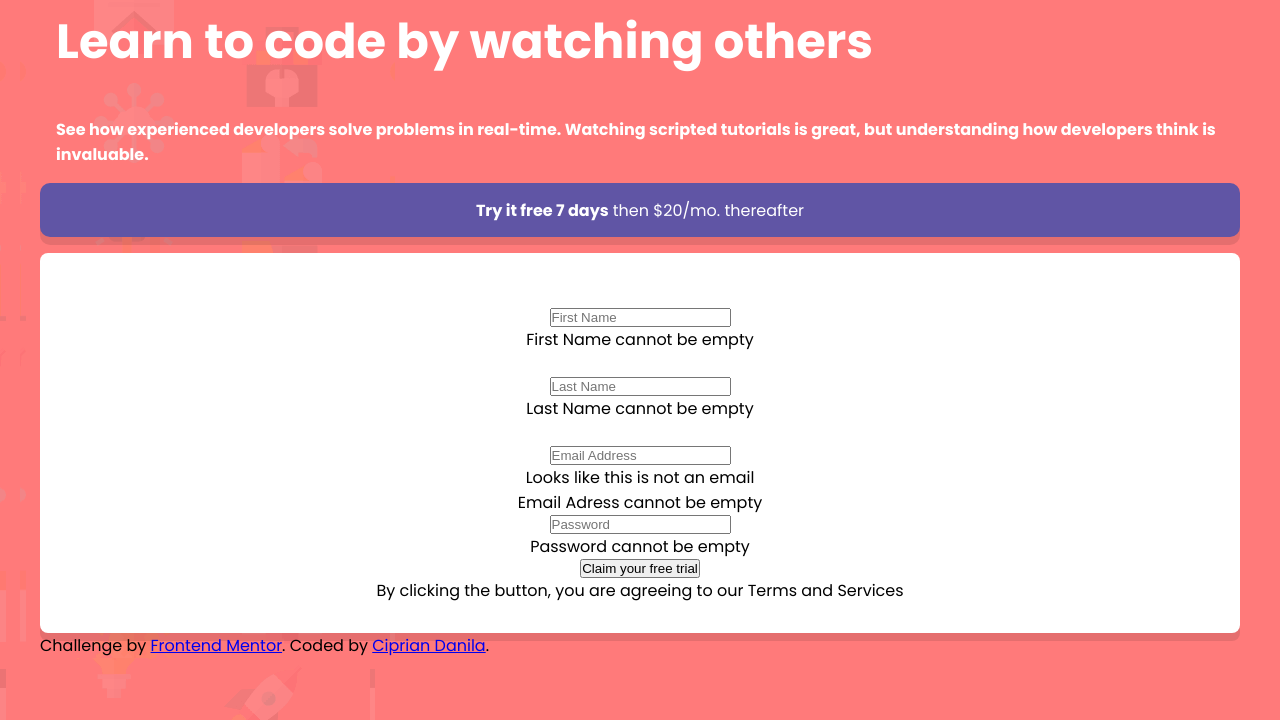
Repository: cipdanila/intro-component-with-sign-up-form
Page: index.html
The author's editor kept a copy of each file at every save. The page is drawn from the files as they stood at one save, then again after the next save.
The browser window is 1280 px wide. The pictures show the whole page.

Above is the page before, as saved 2024-02-14 19:01:29.

### index.html
<!DOCTYPE html>
<html lang="en">
    <head>
        <meta charset="UTF-8" />
        <meta name="viewport" content="width=device-width, initial-scale=1.0" />
        <!-- displays site properly based on user's device -->

        <link rel="icon" type="image/png" sizes="32x32" href="./images/favicon-32x32.png" />
        <link rel="stylesheet" href="css/styles.css" />
        <title>Frontend Mentor | Intro component with sign up form</title>
    </head>
    <body>
        <main>
            <div class="container">
                <section class="container-info">
                    <h1 class="learn-title">Learn to code by watching others</h1>
                    <p class="intro">
                        See how experienced developers solve problems in real-time. Watching scripted tutorials is great, but
                        understanding how developers think is invaluable.
                    </p>
                </section>
                <section class="container-form">
                    <h2 class="price-title"><span>Try it free 7 days</span> then $20/mo. thereafter</h2>
                    <div class="form">
                        <form action="" class="register-form">
                            <label for="fname"> </label><br />
                            <input type="text" name="fname" id="fname" class="input-field" placeholder="First Name" required />
                            <span class="error-message" id="fname-error">First Name cannot be empty</span>
                            <label for="lname"> </label><br />
                            <input type="text" name="lname" id="lname" placeholder="Last Name" required />
                            <span class="error-message" id="lname-error">Last Name cannot be empty</span>
                            <label for="email"> </label><br />
                            <input type="email" name="email" id="email" placeholder="Email Address" required />
                            <span class="error-message" id="email-error">Looks like this is not an email</span>
                            <span class="error-message" id="email-error2">Email Adress cannot be empty</span>
                            <label for="password"></label>
                            <input type="password" name="password" id="password" placeholder="Password" required />
                            <span class="error-message" id="password-error">Password cannot be empty</span>
                            <button type="submit" id="login-button">Claim your free trial</button>
                            <p>By clicking the button, you are agreeing to our <span class="terms">Terms and Services</span></p>
                        </form>
                    </div>
                </section>
            </div>
        </main>

        <footer>
            <div class="attribution">
                Challenge by
                <a
                    href="https://www.frontendmentor.io/challenges/intro-component-with-signup-form-5cf91bd49edda32581d28fd1/hub"
                    target="_blank"
                    rel="noopener noreferer"
                    >Frontend Mentor</a
                >. Coded by <a href="https://github.com/cipdanila" target="_blank" rel="noopener noreferer">Ciprian Danila</a>.
            </div>
        </footer>
    </body>
</html>

### css/styles.css
@import url("https://fonts.googleapis.com/css2?family=Poppins:wght@400;500;600;700&display=swap");

:root {
    /* Colors */
    /* Primary */
    --red: hsl(0, 100%, 74%);
    --green: hsl(154, 59%, 51%);
    /* Accent */
    --blue: hsl(248, 32%, 49%);
    /* Neutral */
    --dark-blue: hsl(249, 10%, 26%);
    --grayish-blue: hsl(246, 25%, 77%);
    --white: #fff;
    /* Other variables */
    --font-size-base: 1rem; /* 16px */
    --font-weight-base: 400;
}

*,
*::after,
*::before {
    margin: 0;
    padding: 0;
    box-sizing: border-box;
}

body,
html {
    font-family: "Poppins", sans-serif;
    font-size: var(--font-size-base);
    font-weight: var(--font-weight-base);
    background: var(--red) url(/images/bg-intro-mobile.png) no-repeat;
    padding: 0 1.25rem;
}

.learn-title {
    font-size: 3rem;
    font-weight: 700;
    color: #fff;
    line-height: 3.3rem;
    padding: 1rem;
    margin-bottom: 1rem;
}

.intro {
    color: var(--white);
    padding: 1rem;
    font-weight: 700;
    margin-bottom: ;
}

.price-title {
    width: 100%;
    font-size: 1rem;
    font-weight: 400;
    background-color: var(--blue);
    color: var(--white);
    box-shadow: rgba(0, 0, 0, 0.1) 0px 0.5rem;
    display: flex;
    align-items: center;
    justify-content: center;
    padding: 0.928rem;
    border-radius: 0.625rem;
    margin-bottom: 1rem;
}


.price-title > span {
    font-weight: 700;
    margin-right: 0.25rem;
}

.register-form {
    background-color: var(--white);
    padding: 1.875rem;
    border-radius: 0.5rem;
    box-shadow: rgba(0, 0, 0, 0.1) 0px 0.5rem;
    display: flex;
    flex-direction: column;
    align-items: center;
    justify-content: center;
}

/*
main {
    display: flex;
    justify-content: center;
    align-items: center;
    height: 100vh;
    background-color: var(--red);
    background-image: url("./images/bg-intro-desktop.png");
    background-size: cover;
    background-position: center;
    width: 100%;
}

.container {
    min-height: 100vh;
    display: flex;
    flex-direction: row;
    align-items: center;
    justify-content: center;
    padding: 5rem;
}

section {
    max-width: 100%;
    width: 50%;
    display: flex;
    flex-direction: column;
    align-items: center;
    justify-content: center;
    padding: 2rem;
}

input[type="text"],
input[type="email"],
input[type="password"] {
    width: calc(100% - 1.125rem);
    padding: 1.125rem;
    margin-bottom: 1.200rem;
    border-radius: 5px;
    border: 1px solid #ccc;
    color: var(--dark-blue);
    font-size: 1rem;
    font-weight: 700;
    text-indent: 0.75rem;
}

input {
    border-style: none;
    outline: none;
}

input:focus {
    border: 1px solid var(--blue);
}

.input-field {
    border: 1px solid var(--dark-blue);
}

.input-field.input-error {
    border-color: var(--red);
}

.input-field.input-error::after {
    content: "";
    position: absolute;
    top: 50%;
    right: 10px;
    transform: translateY(-50%);
    width: 10px;
    height: 10px;
    background-image: url(./images/icon-error.svg);
    background-size: contain;
    background-color: var(--red);
    border-radius: 50%;
}

.error-message {
    display: none;
    color: var(--red);
    font-size: 12px;
    margin-top: 5px;
}

.error-message.show {
    display: block;
}

button {
    background-color: var(--green);
    color: #fff;
    cursor: pointer;
    width: calc(100% - 1.25rem);
    padding: 1.125rem;
    margin-bottom: 1.200rem;
    border-radius: 5px;
    border: 1px solid #ccc;
    font-size: 1rem;
    font-weight: 700;
    text-transform: uppercase;
}

button:hover {
    background-color: hsl(154, 59%, 68%);
    cursor: pointer;
}

form p {
    color: var(--grayish-blue);
    font-size: 0.7rem;
    font-weight: 700;
    letter-spacing: -0.016rem;
    display: flex;
    align-items: center;
    justify-content: center;
}

.terms {
    color: var(--red);
    padding-left: 4px;
    font-weight: 700;
}

footer {
    margin-top: 20px;
    text-align: center;
}

.attribution {
    font-size: 11px;
    text-align: center;
}

.attribution a {
    color: hsl(228, 45%, 44%);
}

/* @media (max-width: 650px) {
    main {
        height: auto;
    }
    .container {
        width: 100%;
        flex-direction: column;
        padding: 1rem;
    }
    section {
        width: 100%;
        padding: 1rem;
    }

    .learn {
        font-size: 1.6rem;
        line-height: normal;
        margin: 3rem;
        padding: 1rem;
    }
} */
/*
@media screen and (max-width: 768px) {
    .container {
        flex-direction: column;
        text-align: center;
        padding: 3rem;
    }

    section {
        width: 100%;
    }

    .container-form {
        margin-bottom: 5rem;
        margin-right: 0;
    }
} */

After the next save:
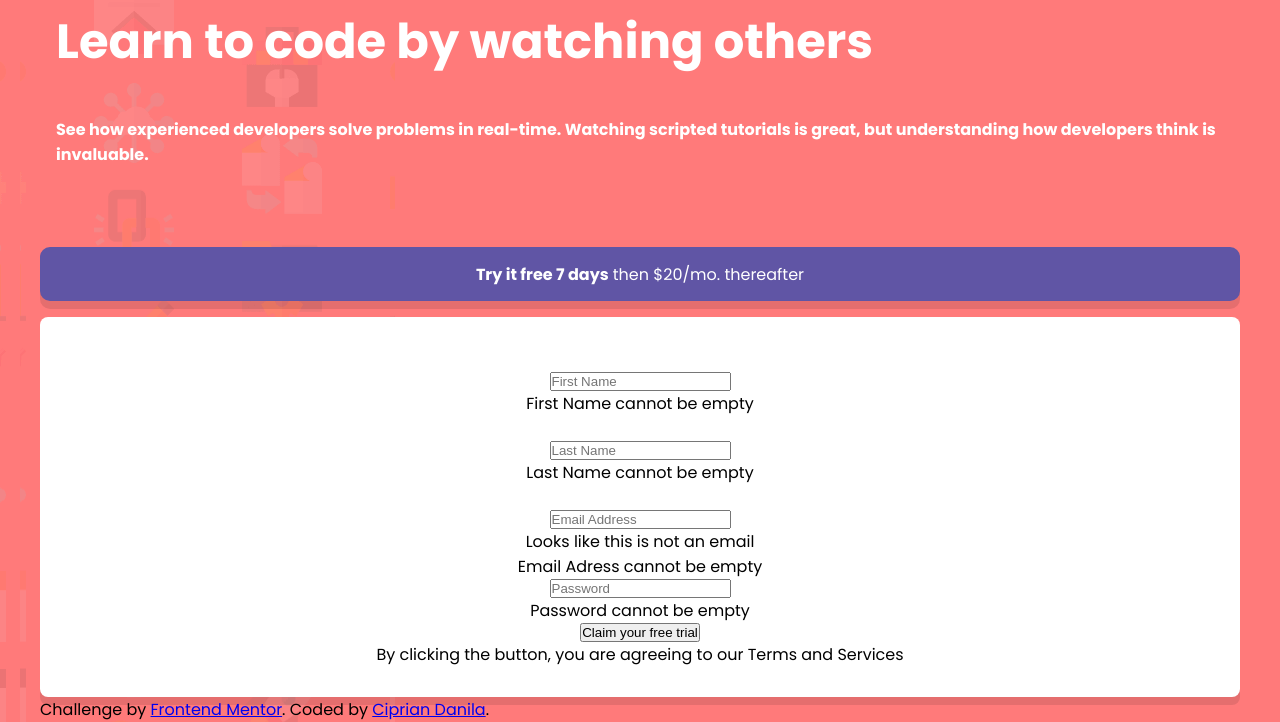
Saved 10 s later.
--- a/css/styles.css
+++ b/css/styles.css
@@ -46,7 +46,7 @@
     color: var(--white);
     padding: 1rem;
     font-weight: 700;
-    margin-bottom: ;
+    margin-bottom: 4rem;
 }
 
 .price-title {
